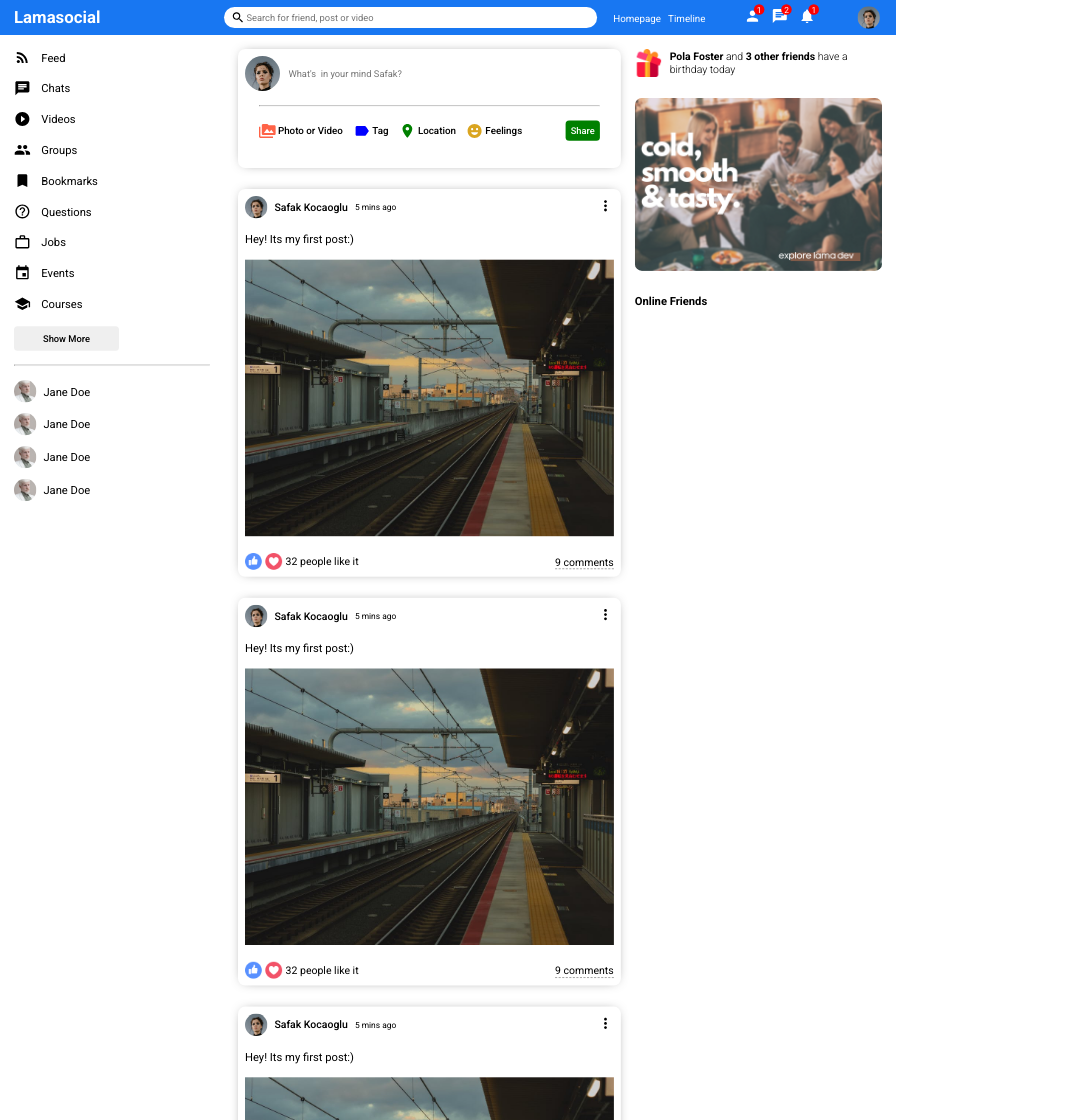
Repository: nazlinres01/react-social
Page: / (app in client/)
These files come from the project's save history. The page is drawn as it stood at one moment and after the next save; the edit follows.
The browser window is 1280 px wide. The page is 1280 px wide, then 1544 px, so the pictures cover 1544 px, including what lies to the right of the window. The pictures show the part of the page from y = 0 to 1600 px (the page is 3794 px tall before and 3330 px after), at 70% of full size.
The project was rebuilt for these pictures with package versions that can differ from the ones it lists, and the page was loaded fresh each time.

Above is the page before, as saved 2024-06-13 11:57:22.

After the next save:
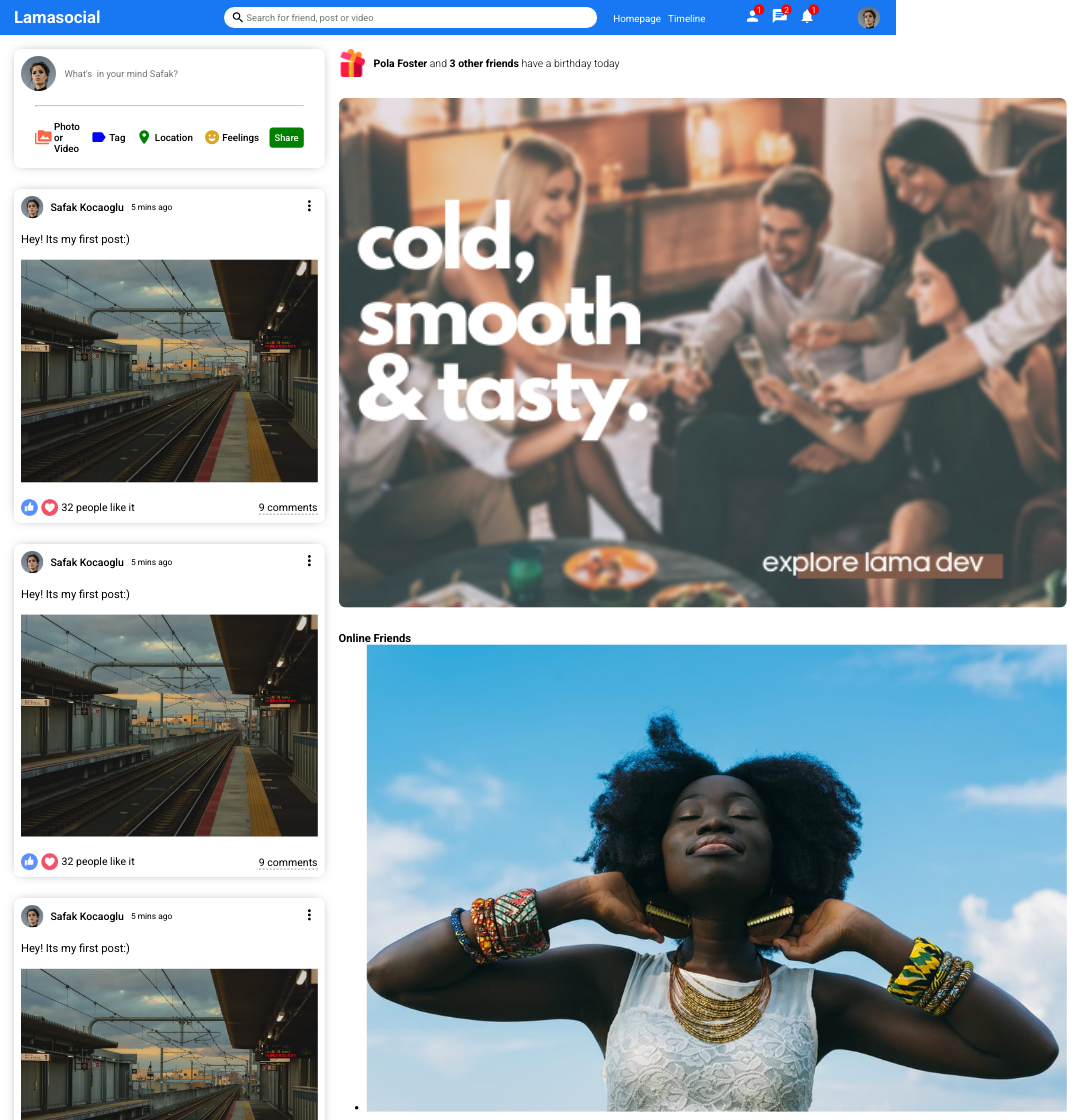
Saved 2 min 40 s later.
--- a/client/src/components/rightbar/Rightbar.jsx
+++ b/client/src/components/rightbar/Rightbar.jsx
@@ -11,6 +11,13 @@ export default function Rightbar() {
                 </div>
                 <img src="assets/ad.png" alt="" className="rightbarAd" />
                 <h4 className="rightbarTitle">Online Friends</h4>
+                <ul className="rightbarFriendList">
+                    <li className="rightbarFriend">
+                        <div className="rightbarProfileImgContainer">
+                            <img src="assets/person/3.jpeg" alt="" className="rightbarProfileImg" />
+                        </div>
+                    </li>
+                </ul>
             </div>
         </div>
     )
